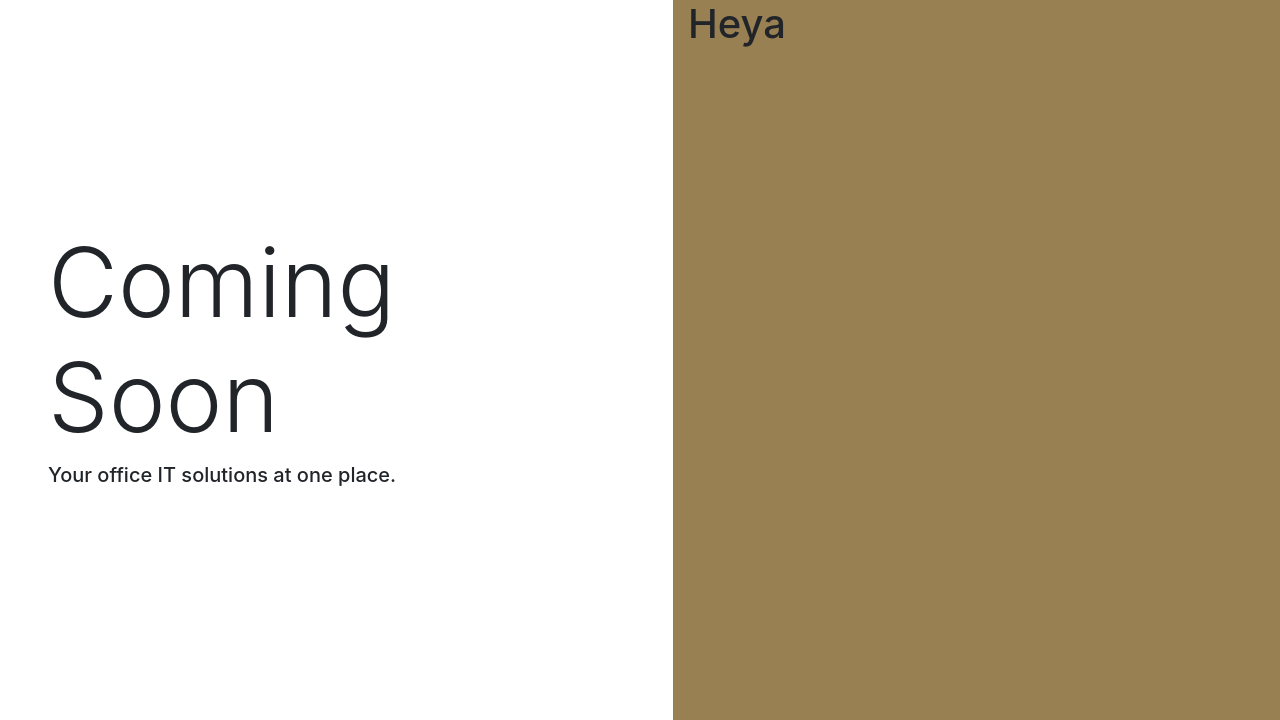
Repository: Thekxgh/website
Page: /
The author's editor kept a copy of each file at every save. The page is drawn from the files as they stood at one save, then again after the next save.
The browser window is 1280 px wide. The pictures show the whole page.
The project was rebuilt for these pictures with package versions that can differ from the ones it lists, and the page was loaded fresh each time.

Above is the page before, as saved 2021-07-14 09:38:11.

### src/index.scss
$primary: #998053;
$dark: #050507;
$light-primary-bg: #DDDEE7;
$light-primary: #DDDEE7;
$theme-colors: (
    "primary": $primary,
    "info": $light-primary,
    "danger": teal,
    "dark": $dark
);

@import '~bootstrap/scss/bootstrap.scss';
body {
  margin: 0;
  font-family: -apple-system, BlinkMacSystemFont, 'Segoe UI', 'Roboto', 'Oxygen',
    'Ubuntu', 'Cantarell', 'Fira Sans', 'Droid Sans', 'Helvetica Neue',
    sans-serif;
  -webkit-font-smoothing: antialiased;
  -moz-osx-font-smoothing: grayscale;
}

code {
  font-family: source-code-pro, Menlo, Monaco, Consolas, 'Courier New',
    monospace;
}

### src/App.tsx
import React from 'react';
import { LandingPage } from './presentation/LandingPage';

function App() {
  return (
    <LandingPage />
  );
}

export default App;

### src/presentation/LandingPage.tsx
import { Col, Container, Row } from "react-bootstrap"

export const LandingPage = () => {
    return (
    <Container fluid>
        <Row className="min-vh-100 align-items-center">
            <Col className="p-5">
                <h1 className="display-1">Coming Soon</h1>
                <h5>Your office IT solutions at one place.</h5>
            </Col>
            <Col className="bg-primary min-vh-100">
                <h1>Heya</h1>
            </Col>
        </Row>
    </Container>
    );
}

Loaded but not shown: public/index.html (common file); src/index.tsx (common file)

After the next save:
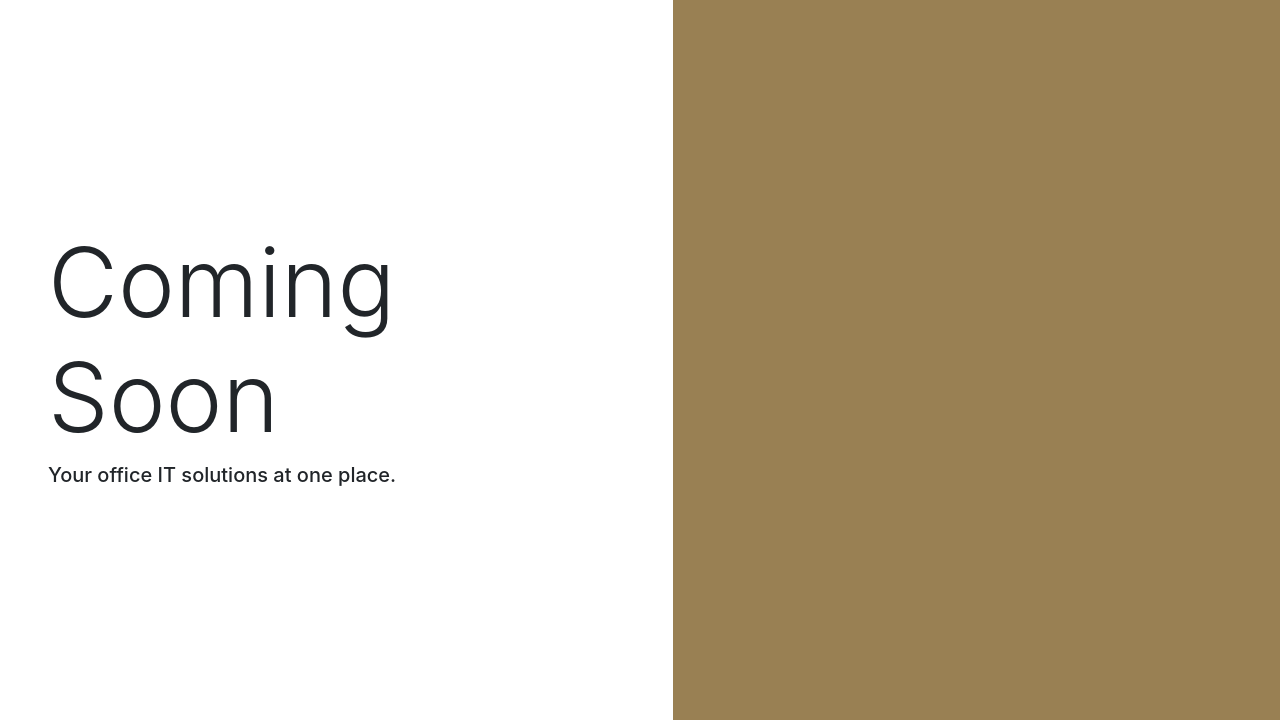
Saved 11 s later.
--- a/src/presentation/LandingPage.tsx
+++ b/src/presentation/LandingPage.tsx
@@ -9,7 +9,7 @@ export const LandingPage = () => {
                 <h5>Your office IT solutions at one place.</h5>
             </Col>
             <Col className="bg-primary min-vh-100">
-                <h1>Heya</h1>
+
             </Col>
         </Row>
     </Container>
